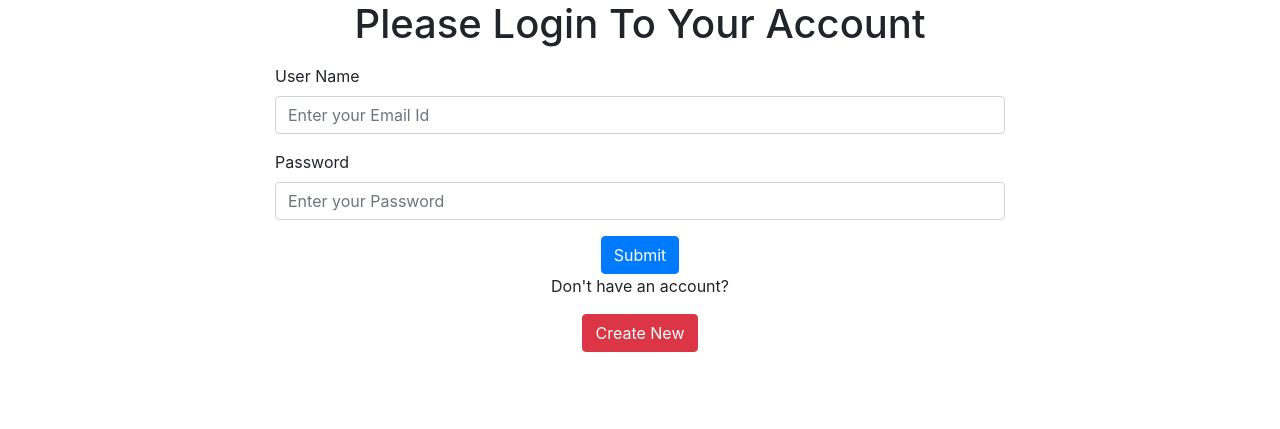
Repository: davidroshan/JRTP
Page: http://localhost/login
An editor plug-in stored every save of this project. The page is shown before and after the next save, followed by the edit.
The browser window is 1280 px wide. The pictures show the whole page.
The page is this project's Thymeleaf template; nobody is signed in. The template is opened directly, without the code that normally fills it, so the values that code supplies are empty.

Above is the page before, as saved 2023-04-23 11:11:17.

After the next save:
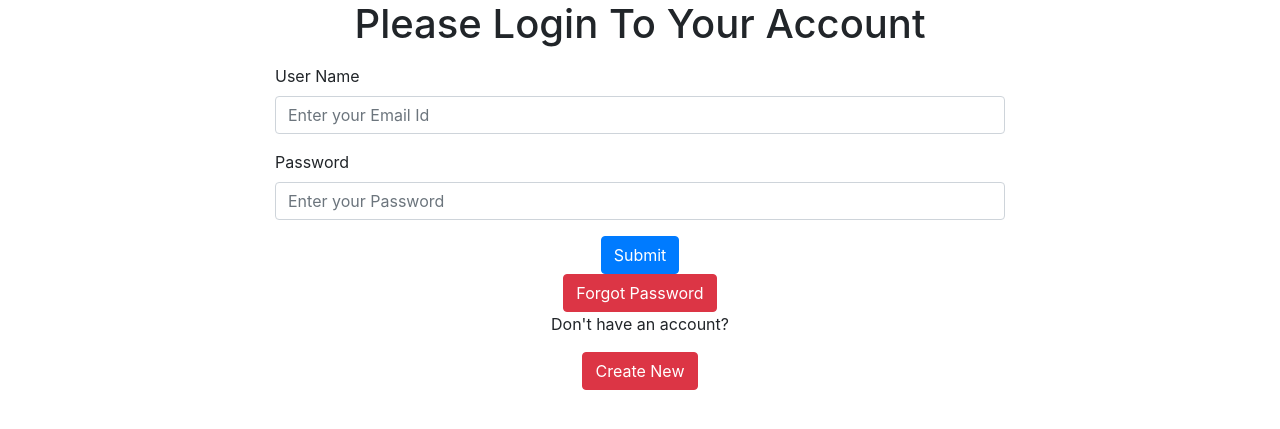
Saved 12 min 31 s later.
--- a/Front_Office_Team_Portal/src/main/resources/templates/login.html
+++ b/Front_Office_Team_Portal/src/main/resources/templates/login.html
@@ -58,6 +58,14 @@
 
                        </form>
 
+                         <div class="container">
+                              <div class="text-center">
+                              <a href="forget">
+                                <button class="btn btn-danger">Forgot Password</button>
+                             </a>
+                             </div>
+                         </div>
+
                        <div class="container">
                                <div class="text-center">
                              <p>Don't have an account?</p> <a href="signup">
